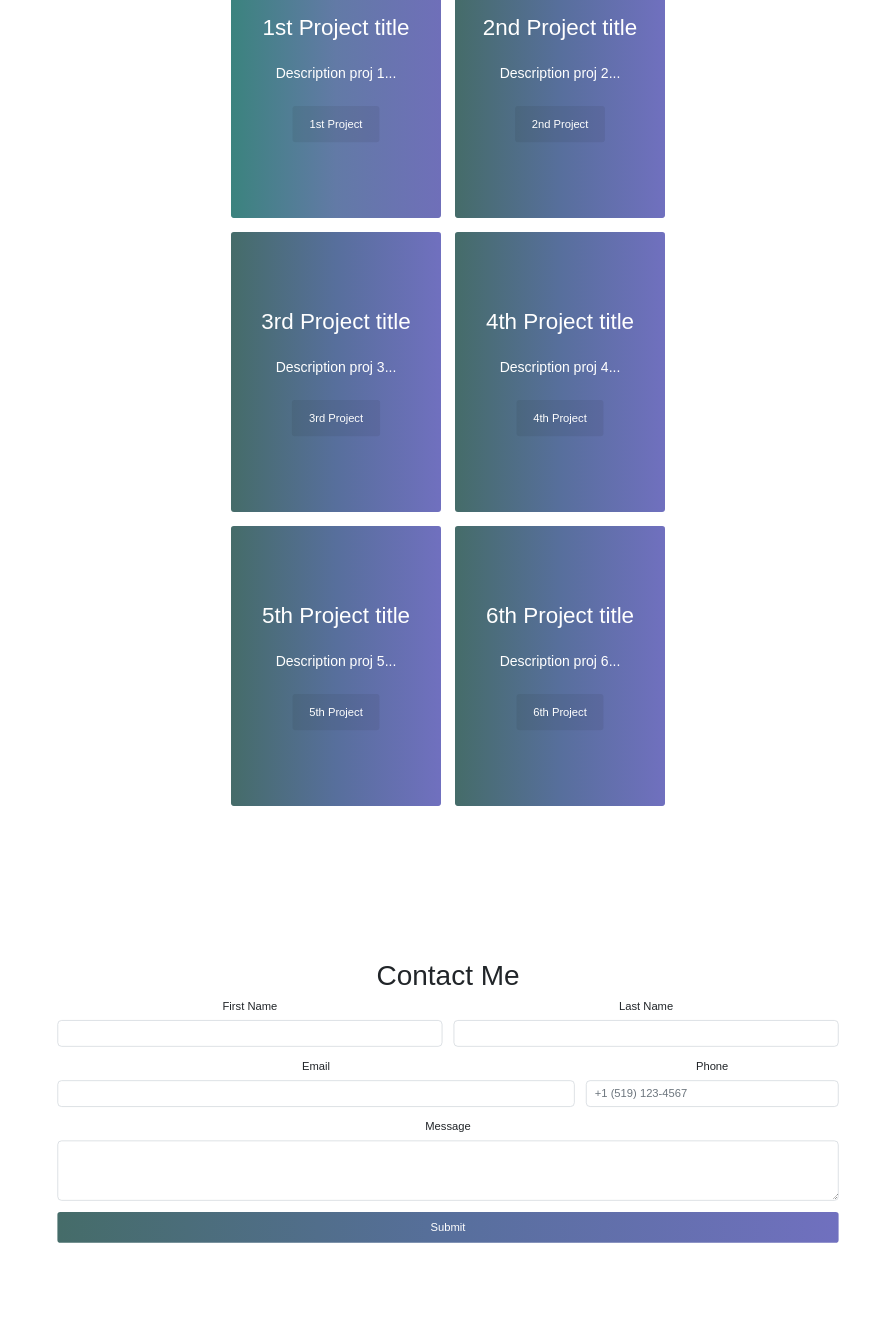
Repository: dvynchi/profile-2022
Page: index.html
An editor plug-in stored every save of this project. The page is shown before and after the next save, followed by the edit.
The browser window is 1280 px wide. The pictures show the part of the page from y = 1085 to 3005 px (the page is 3005 px tall before and 2989 px after), at 70% of full size.
A picture or video elsewhere on the page could not be fetched, so the positions and the page height are approximate. Some web libraries are served in a nearby version.

Above is the page before, as saved 2022-08-16 13:23:05.

After the next save:
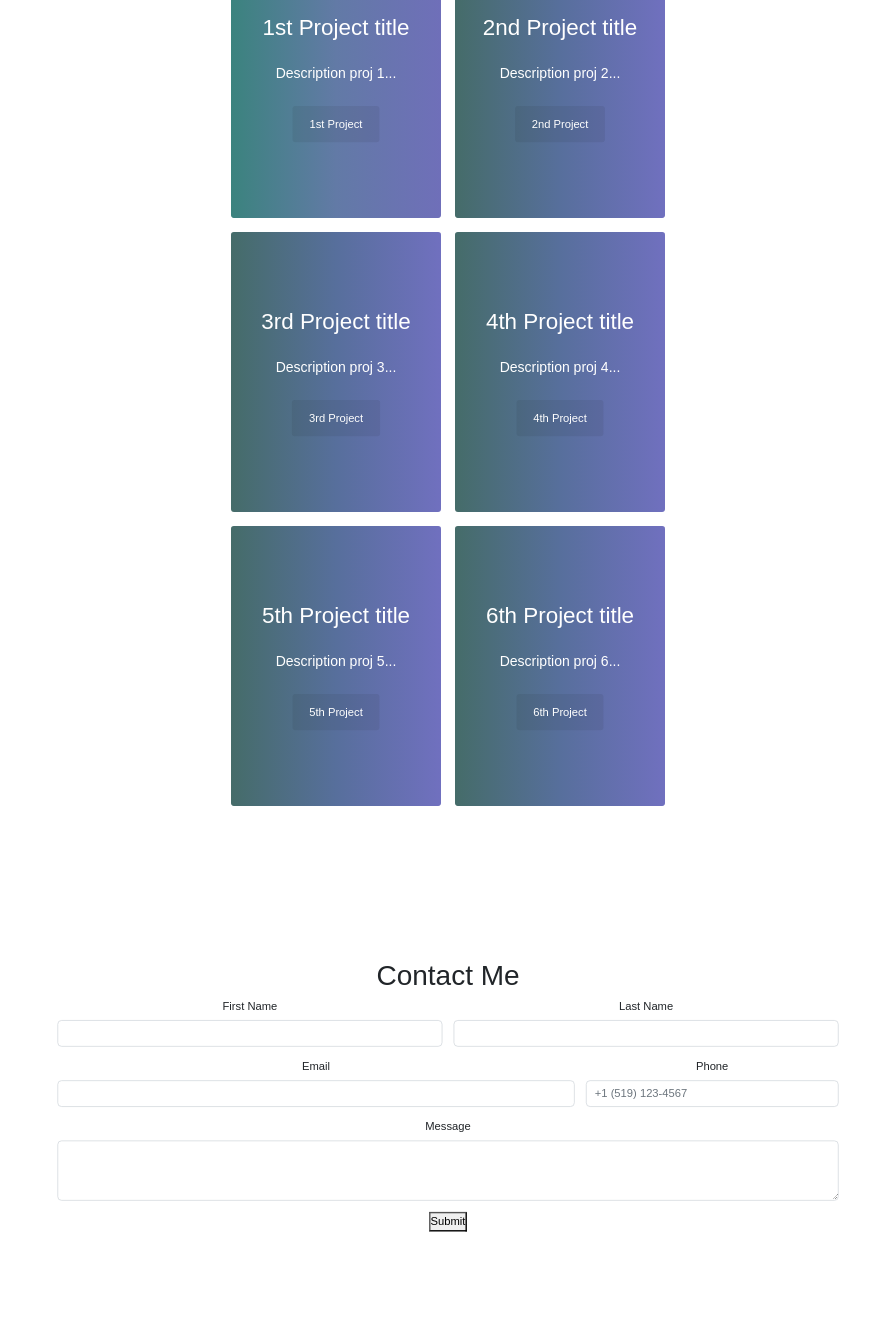
Saved 5 s later.
--- a/styles.css
+++ b/styles.css
@@ -88,7 +88,7 @@
 }
 
 /* create color gradient for button --see uigradients.com */
-.col-md-12 button {
+/* .col-md-12 button {
     display: flex;
     justify-content: center;
     align-items: center;
@@ -104,7 +104,7 @@
     background: linear-gradient(to right, #456c69, #576f9c, #7070bf);
     color: #fff;
     transition: all 0.3s ease;
-}
+} */
 
 /* hover effect for button */
 .submit::after {

After the save that followed:
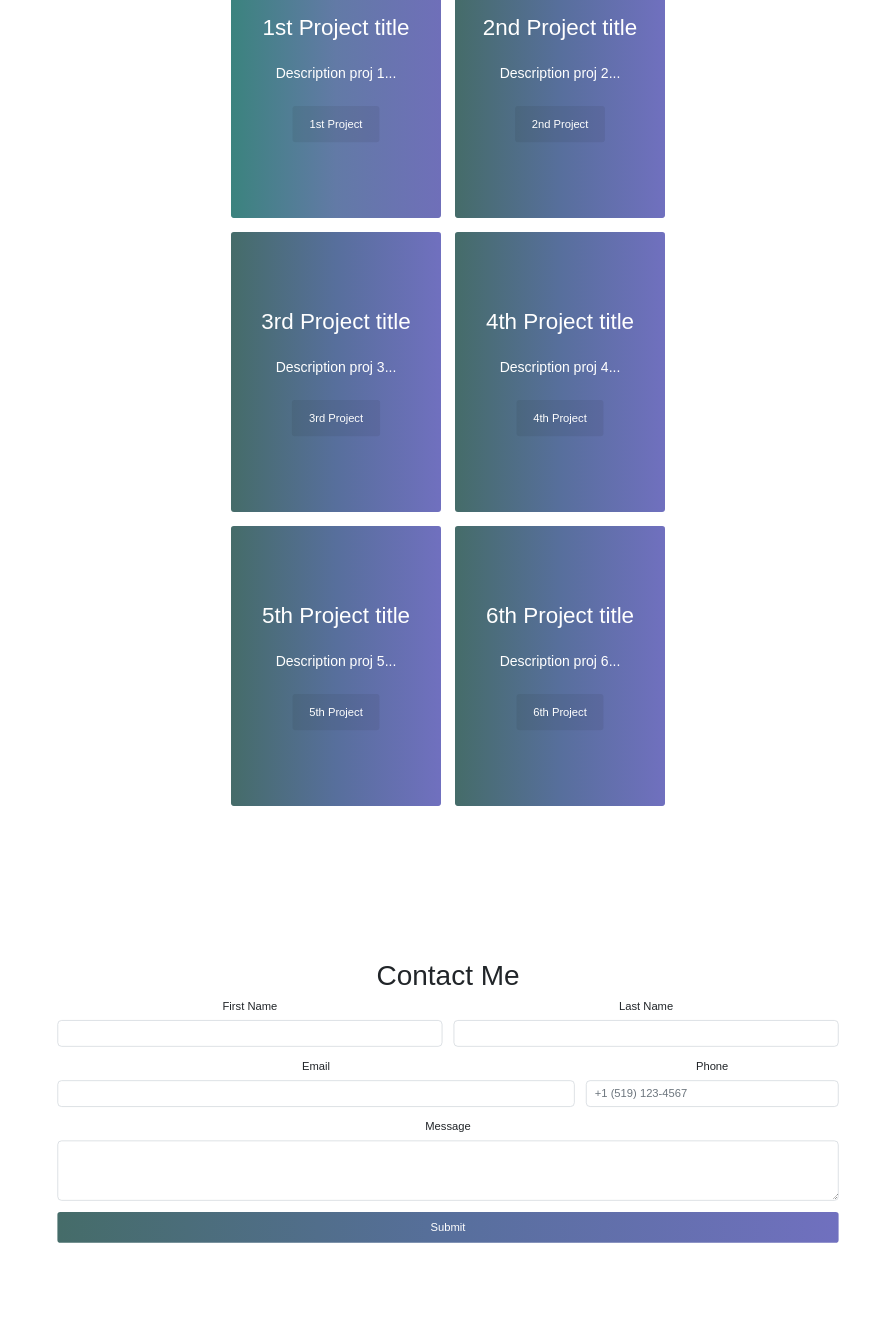
Saved 63 s later.
--- a/styles.css
+++ b/styles.css
@@ -105,6 +105,25 @@
     color: #fff;
     transition: all 0.3s ease;
 } */
+
+
+.submit {
+    display: flex;
+    justify-content: center;
+    align-items: center;
+    text-decoration: none;
+    padding: 10px 20px;
+    height: 100%;
+    width: 100%;
+    border: none;
+    outline: none;
+    border-radius: 4px;
+    background: #7F7FD5;
+    background: -webkit-linear-gradient(to right, #3b837e, #627aa6, #6f6fb9);
+    background: linear-gradient(to right, #456c69, #576f9c, #7070bf);
+    color: #fff;
+    transition: all 0.3s ease;
+}
 
 /* hover effect for button */
 .submit::after {
